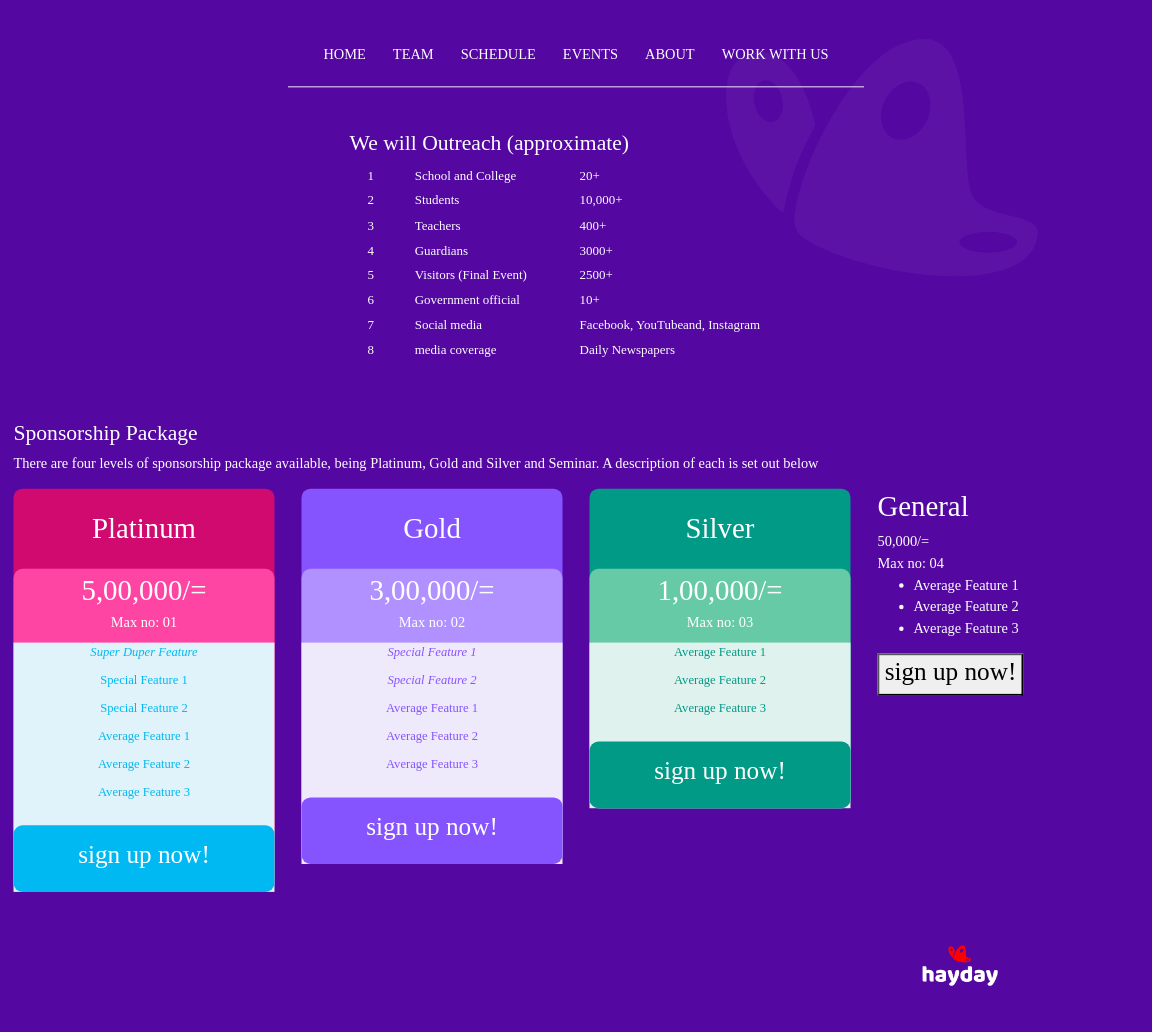
Repository: im1971/company-web
Page: workWithUs.html
These files come from the project's save history. The page is drawn as it stood at one moment and after the next save; the edit follows.
The browser window is 1280 px wide. The pictures show the whole page, at 90% of full size.
Some web fonts or font styles are not loaded; a fallback is used.

Above is the page before, as saved 2020-01-26 12:38:41.

After the next save:
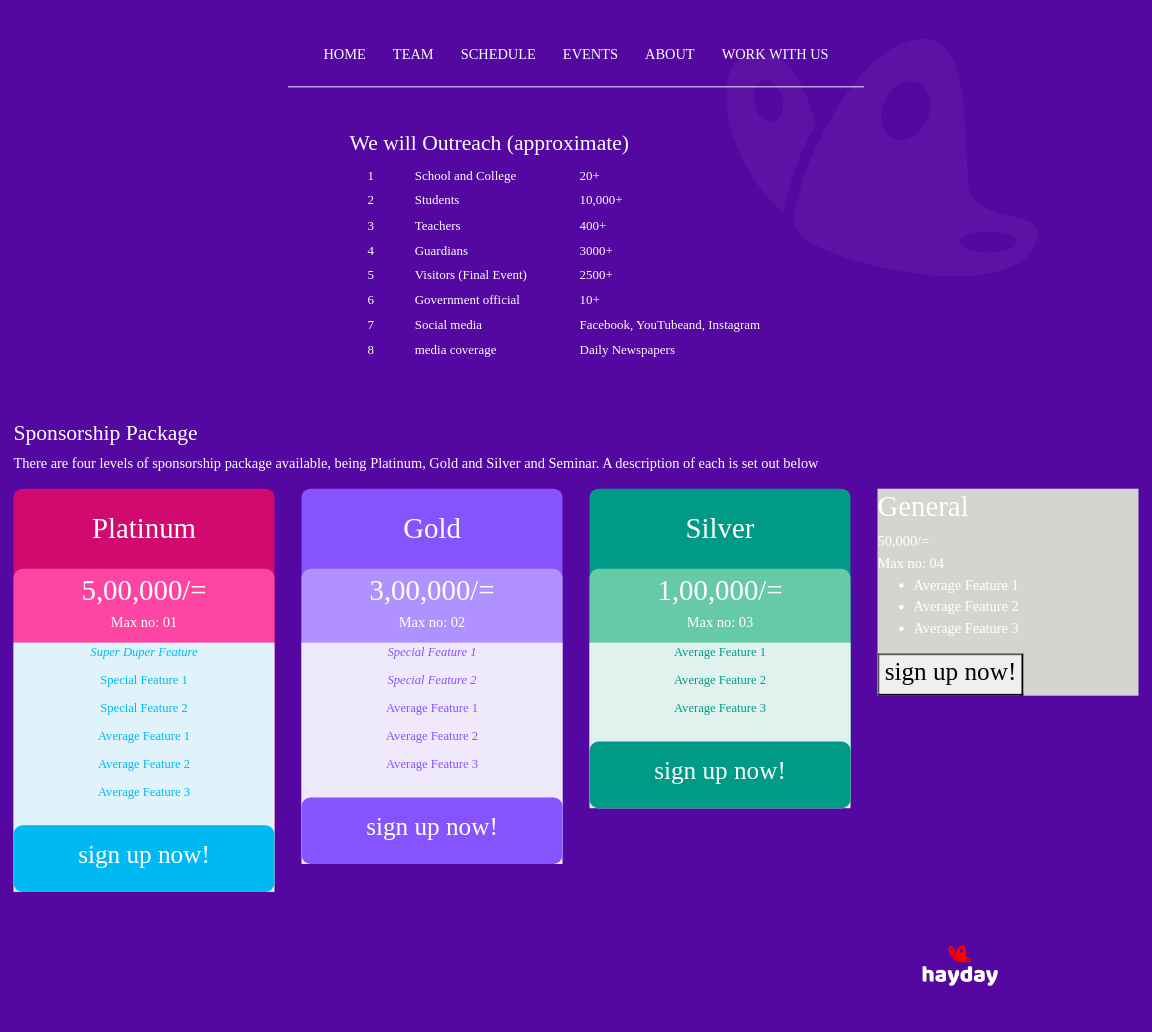
Saved 2 s later.
--- a/css/style.css
+++ b/css/style.css
@@ -314,8 +314,16 @@
     background-color: #009a86;
 }
 
+.average .price-package1 {
+    background-color: #d6d4d0;
+}
+
 .average .price-package .package-name {
     color: white;
+}
+
+.average .price-package .package-name1 {
+    color: #000;
 }
 
 .average .price-package .package-price {

After the save that followed:
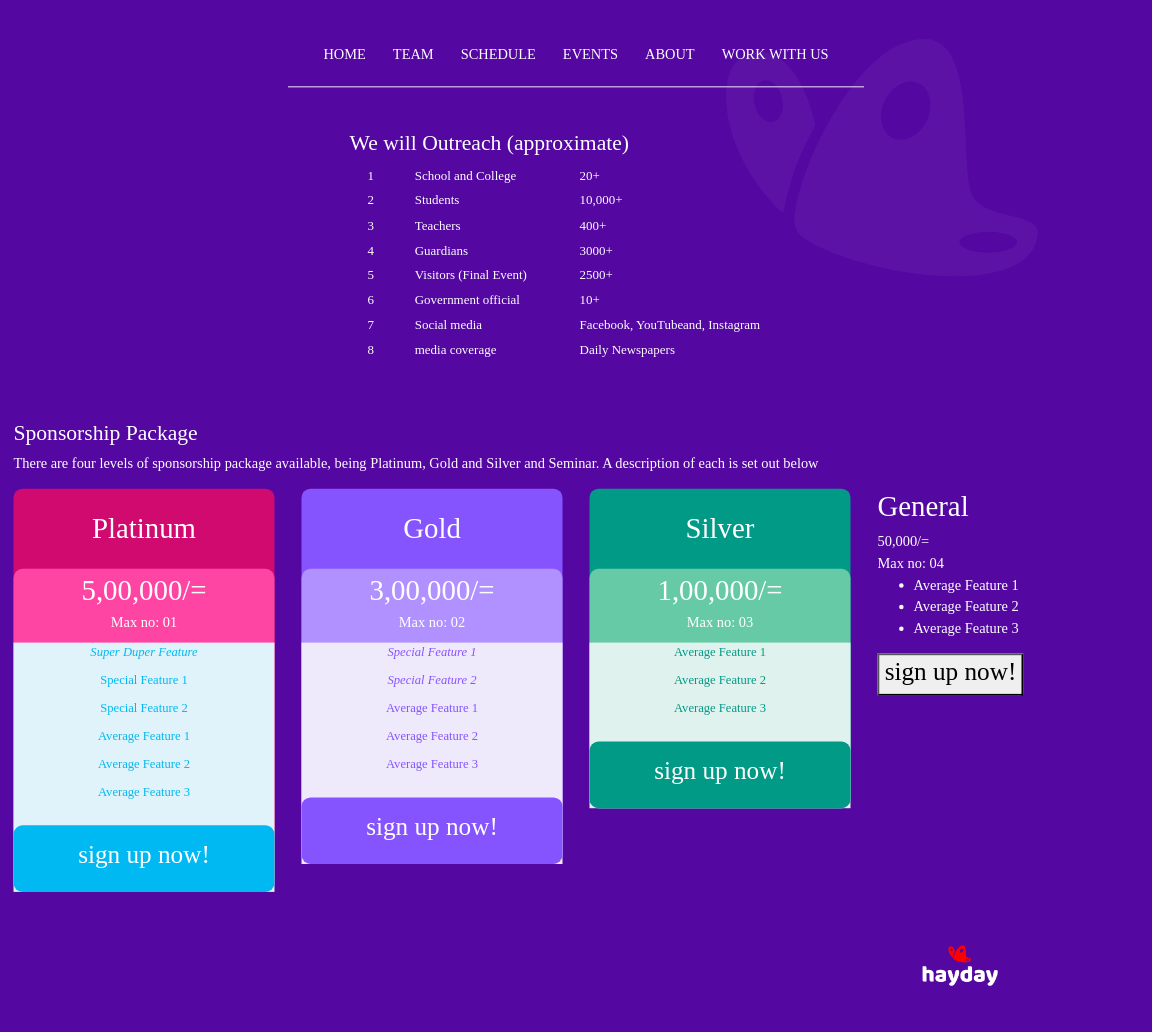
Saved 61 s later.
--- a/css/style.css
+++ b/css/style.css
@@ -314,16 +314,8 @@
     background-color: #009a86;
 }
 
-.average .price-package1 {
-    background-color: #d6d4d0;
-}
-
 .average .price-package .package-name {
     color: white;
-}
-
-.average .price-package .package-name1 {
-    color: #000;
 }
 
 .average .price-package .package-price {
